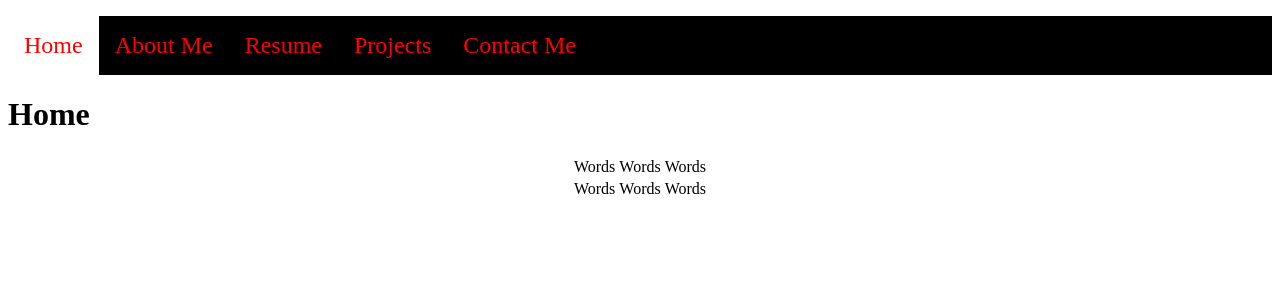
Repository: Kur0bane/Kur0bane.github.io
Page: index.html
The author's editor kept a record of every edit. The page is drawn from the files as they stood at one moment, then again after the next edit.
The browser window is 1280 px wide. The pictures show the whole page.

Above is the page before.

### index.html
<!DOCTYPE html>
<html>
    <head>
    <title>Home</title>
    <link rel="stylesheet" type="text/css" href="style.css">

    </head>

    <body>
        <ul class="navbar">
            <li class="active"><a href="index.html">Home</a></li>
            <li><a href="aboutme.html">About Me</a></li>
            <li><a href="resume.html">Resume</a></li>
            <li class="dropdown">
                <div>Projects</div>
                <ul class="dropdown-content">
                    <li><a href="project1.html">Project 1</a></li>
                    <li><a href="project2.html">Project 2</a></li>
                    <li><a href="project3.html">Project 3</a></li>
                </ul>
            </li>
            <li><a href="contactme.html">Contact Me</a></li>
        </ul>

        <h1>Home</h1>
        <table align="center">
            <tr>
                <td>Words</td>
                <td>Words</td>
                <td>Words</td>
            </tr>
            <tr>
                <td>Words</td>
                <td>Words</td>
                <td>Words</td>
            </tr>
        </table>

    </body>
</html>

### style.css
        .navbar{
            list-style: none;
            background: black;
            overflow: hidden;
            padding: 0;
        }

        .navbar a, .dropdown div{
            text-decoration: none;
            color: red;
            font-size: 24px;
            padding: 16px;
            display: inline-block;
        }

        .navbar li{
            float: left;
        }

        .navbar li:hover{
            background-color: white;
        }

        .dropdown-content{
            list-style: none;
            padding: 0;
            display: none;
            position: absolute;
            z-index: 1;
            background-color: black;
        }

        .dropdown-content li{
            float: none;
        }

        .dropdown:hover .dropdown-content{
            display: block;
        }

        .active{
            background-color: white;
        }

        td{
            text-align: center;
        }

After the next edit:
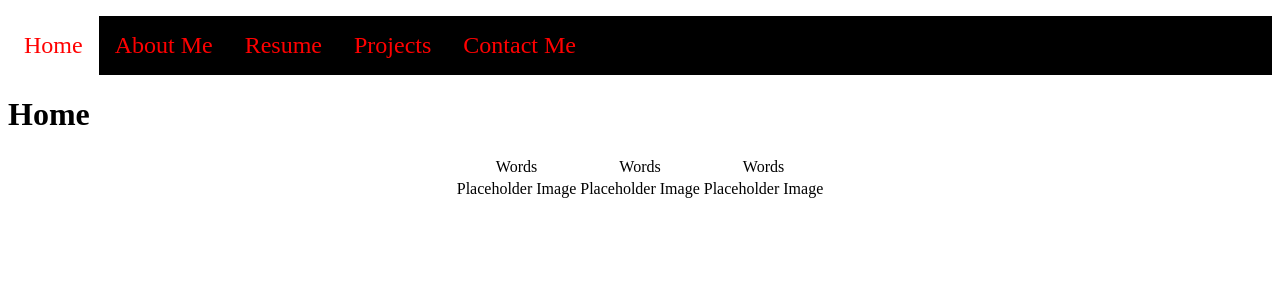
The edit:
--- a/index.html
+++ b/index.html
@@ -30,9 +30,9 @@
                 <td>Words</td>
             </tr>
             <tr>
-                <td>Words</td>
-                <td>Words</td>
-                <td>Words</td>
+                <td>Placeholder Image</td>
+                <td>Placeholder Image</td>
+                <td>Placeholder Image</td>
             </tr>
         </table>
 
